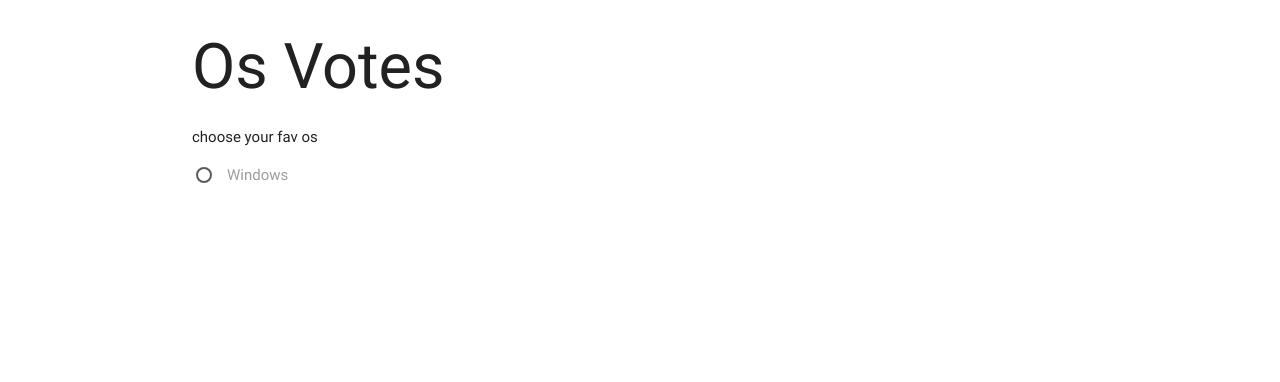
Repository: AdaLover/osPoll
Page: public/index.html
The author's editor kept a copy of each file at every save. The page is drawn from the files as they stood at one save, then again after the next save.
The browser window is 1280 px wide. The pictures show the whole page.

Above is the page before, as saved 2018-01-31 21:05:17.

After the next save:
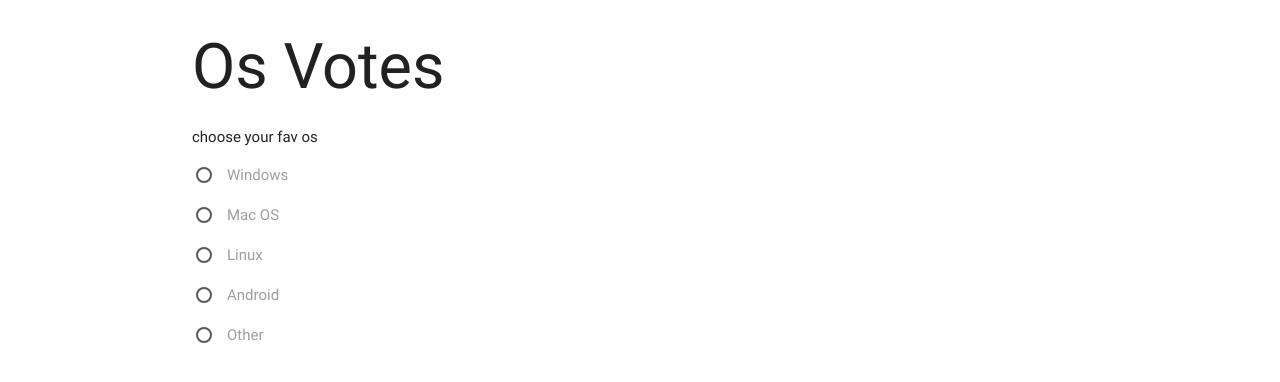
Saved 2 min 11 s later.
--- a/public/index.html
+++ b/public/index.html
@@ -19,6 +19,22 @@
                 <input type="radio" name="os" id="windows" value="Windows">
                 <label for="windows">Windows</label>
             </p>
+            <p>
+                <input type="radio" name="os" id="Mac OS" value="Windows">
+                <label for="windows">Mac OS</label>
+            </p>
+            <p>
+                <input type="radio" name="os" id="Linux" value="Windows">
+                <label for="windows">Linux</label>
+            </p>
+            <p>
+                <input type="radio" name="os" id="Android" value="Windows">
+                <label for="windows">Android</label>
+            </p>
+            <p>
+                <input type="radio" name="os" id="Other" value="Windows">
+                <label for="windows">Other</label>
+            </p>
         </form>
     </div>
     <script src="http://code.jquery.com/jquery-3.3.1.js" integrity="sha256-2Kok7MbOyxpgUVvAk/HJ2jigOSYS2auK4Pfzbm7uH60=" crossorigin="anonymous"></script>
